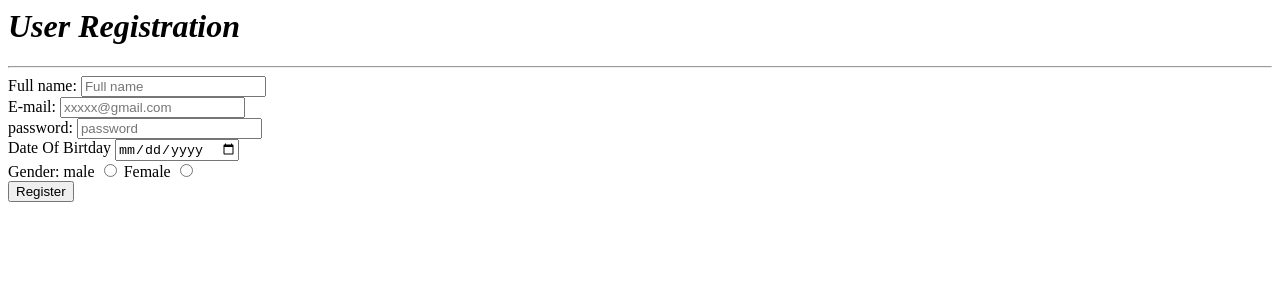
Repository: OrusuRatnamala/JAVA
Page: http://localhost/TrainWeb/registration.jsp
An editor plug-in stored every save of this project. The page is shown before and after the next save, followed by the edit.
The browser window is 1280 px wide. The pictures show the whole page.
The page is served by Tomcat 9.

Above is the page before, as saved 2023-10-11 06:13:13.

After the next save:
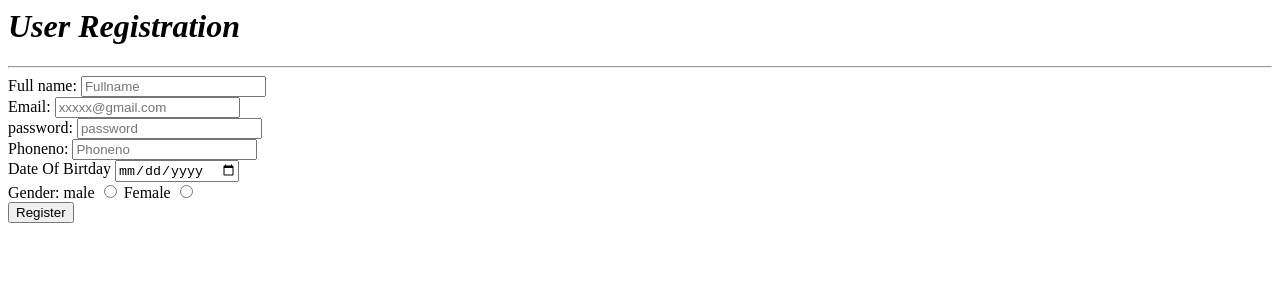
Saved 2 min 18 s later.
--- a/springdao/TrainWeb/src/main/webapp/registration.jsp
+++ b/springdao/TrainWeb/src/main/webapp/registration.jsp
@@ -9,20 +9,16 @@
 	<hr>
 	<form action="registration" method="post">
 		<label class="1">Full name:</label> <input type="text"
-			placeholder="Full name"> <br> <label>E-mail:</label> <input
+			placeholder="Fullname"> <br> <label>Email:</label> <input
 			type="text" placeholder="xxxxx@gmail.com" id="Eid"> <br>
 		<label>password:</label> <input type="password" name="password"
-			placeholder="password"> <br>
-			<label for="Birtday">Date Of Birtday</label>
-			<input type="date" id="Birtday" value="Birtday">
-			 <br>
-		<label>Gender:</label>
-		 <label>male</label>
-		 <input type="radio" name="gender" id="male">
-		  <label>Female</label>
-		  <input type="radio" name="gender" id="female"> <br>
-		<input type="submit" name="button" value="Register"> <br>
-		<br>
+			placeholder="password"> <br> <label class="1">Phoneno:</label>
+		<input type="text" placeholder="Phoneno"><br> <label
+			for="Birtday">Date Of Birtday</label> <input type="date" id="Birtday"
+			value="Birtday"> <br> <label>Gender:</label> <label>male</label>
+		<input type="radio" name="gender" id="male"> <label>Female</label>
+		<input type="radio" name="gender" id="female"> <br> <input
+			type="submit" name="button" value="Register"> <br> <br>
 	</form>
 </body>
 </html>
